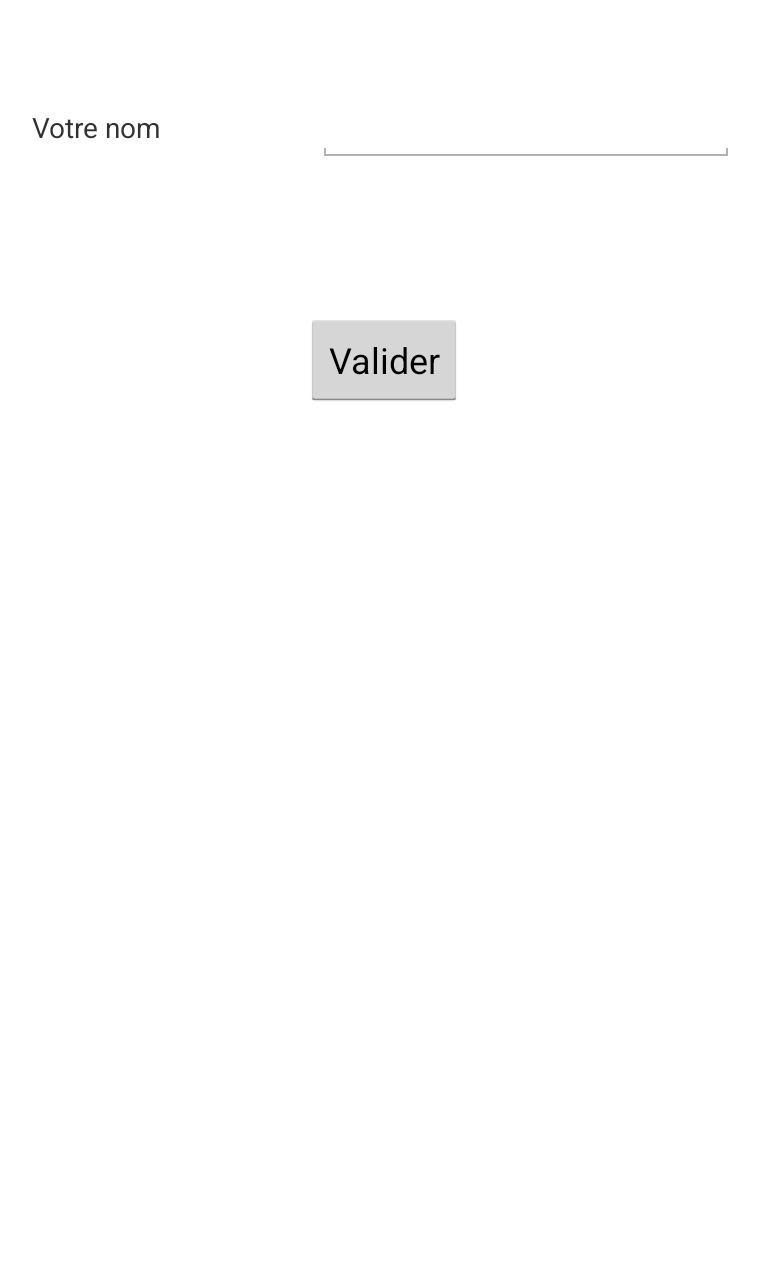
Repository: mikaelpopowicz/cours
Layout: graph/Exemple/res/layout/activity_main.xml
These files come from the project's save history. The layout is drawn as it stood at one moment and after the next save; the edit follows.
It is drawn on a 768 x 1280 px phone screen (xhdpi) without system bars, with theme AppTheme; the app's code is not run.

Above is the layout before, as saved 2014-02-04 16:40:49.

### graph/Exemple/res/layout/activity_main.xml
<RelativeLayout xmlns:android="http://schemas.android.com/apk/res/android"
    xmlns:tools="http://schemas.android.com/tools"
    android:id="@+id/App"
    android:layout_width="match_parent"
    android:layout_height="match_parent"
    android:paddingBottom="@dimen/activity_vertical_margin"
    android:paddingLeft="@dimen/activity_horizontal_margin"
    android:paddingRight="@dimen/activity_horizontal_margin"
    android:paddingTop="@dimen/activity_vertical_margin"
    tools:context=".MainActivity" >

    <EditText
        android:id="@+id/ideditNom"
        android:layout_width="wrap_content"
        android:layout_height="wrap_content"
        android:layout_alignBaseline="@+id/idNom"
        android:layout_alignBottom="@+id/idNom"
        android:layout_alignParentRight="true"
        android:ems="10" />

    <TextView
        android:id="@+id/idNom"
        android:layout_width="wrap_content"
        android:layout_height="wrap_content"
        android:layout_alignParentLeft="true"
        android:layout_alignParentTop="true"
        android:layout_marginTop="38dp"
        android:text="Votre nom" />

    <Button
        android:id="@+id/idValider"
        android:layout_width="wrap_content"
        android:layout_height="wrap_content"
        android:layout_below="@+id/ideditNom"
        android:layout_centerHorizontal="true"
        android:layout_marginTop="74dp"
        android:text="Valider" />

</RelativeLayout>

Loaded but not shown: graph/Exemple/res/values/styles.xml (common file); graph/Exemple/res/values-v11/styles.xml (common file); graph/Exemple/res/values-v14/styles.xml (common file); graph/Exemple/res/values/dimens.xml (common file)

After the next save:
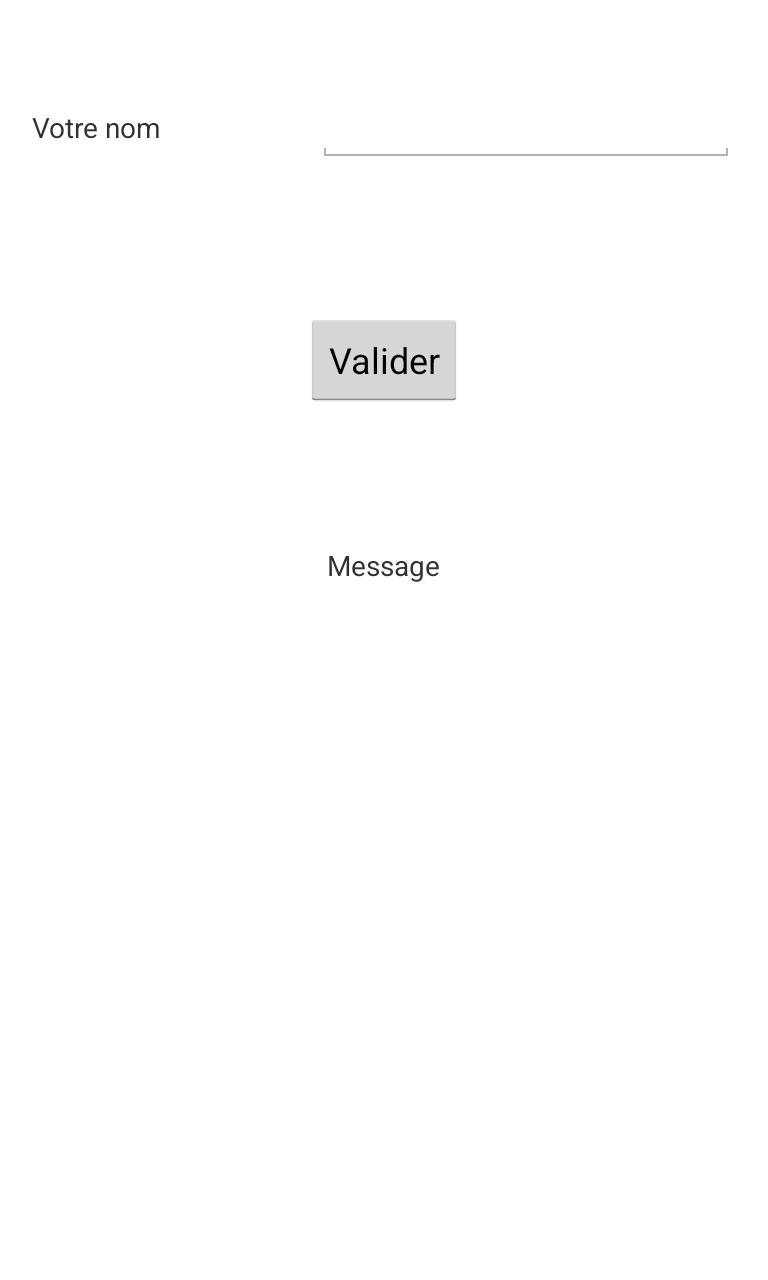
Saved 3 min 38 s later.
--- a/graph/Exemple/res/layout/activity_main.xml
+++ b/graph/Exemple/res/layout/activity_main.xml
@@ -36,4 +36,13 @@
         android:layout_marginTop="74dp"
         android:text="Valider" />
 
+    <TextView
+        android:id="@+id/Message"
+        android:layout_width="wrap_content"
+        android:layout_height="wrap_content"
+        android:layout_below="@+id/idValider"
+        android:layout_centerHorizontal="true"
+        android:layout_marginTop="69dp"
+        android:text="Message" />
+
 </RelativeLayout>
